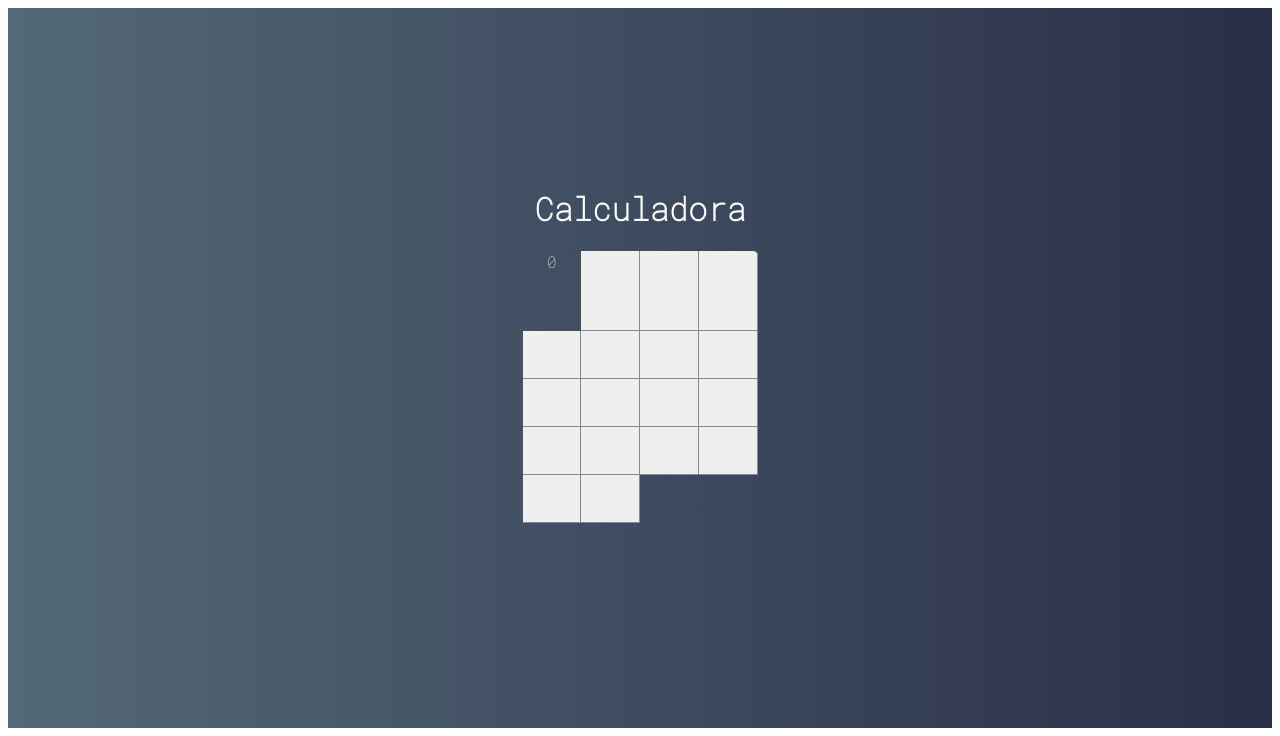
Repository: wgpena/calculadoraVue
Page: /
An editor plug-in stored every save of this project. The page is shown before and after the next save, followed by the edit.
The browser window is 1280 px wide. The pictures show the whole page.
The project was rebuilt for these pictures with package versions that can differ from the ones it lists, and the page was loaded fresh each time.

Above is the page before, as saved 2019-04-11 13:45:16.

After the next save:
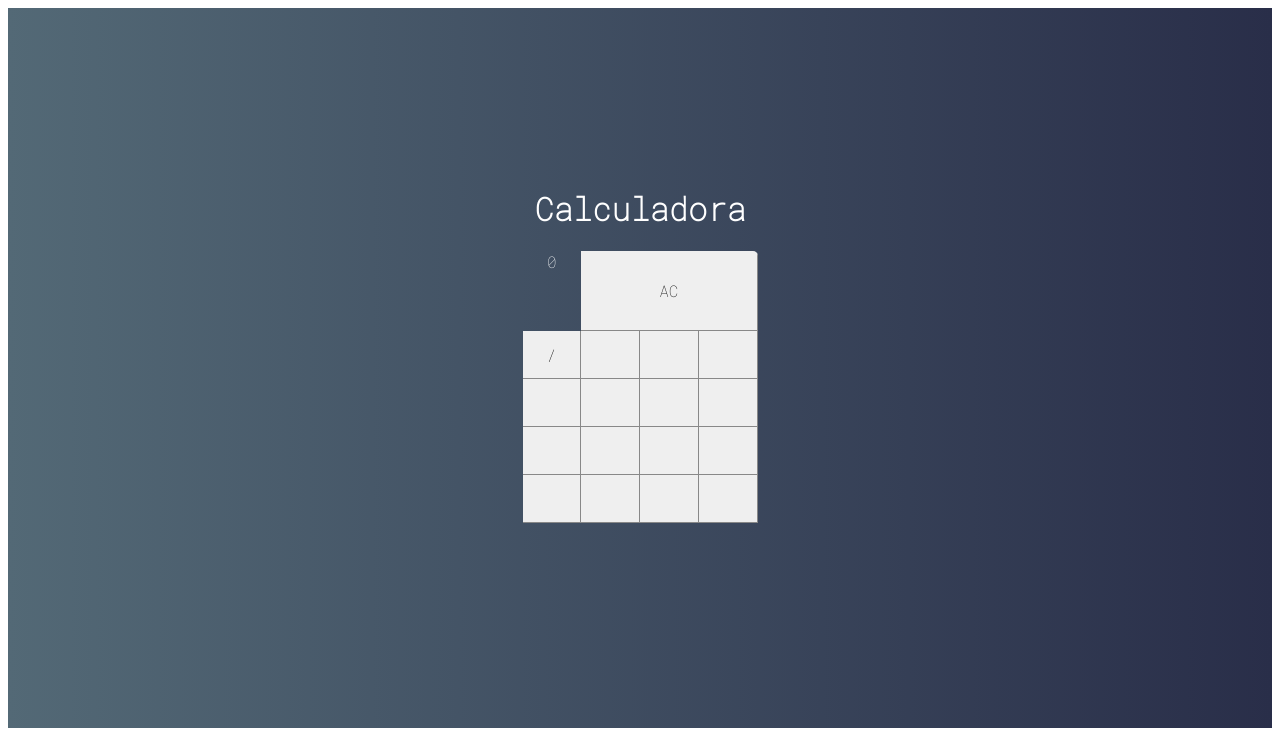
Saved 40 s later.
--- a/src/main/Calculator.vue
+++ b/src/main/Calculator.vue
@@ -1,8 +1,8 @@
 <template>
     <div class="calculator">
         <Display />
-        <Button label="" />
-        <Button label="" />
+        <Button label="AC" triple />
+        <Button label="/" oparetor />
         <Button label="" />
         <Button label="" />
         <Button label="" />
